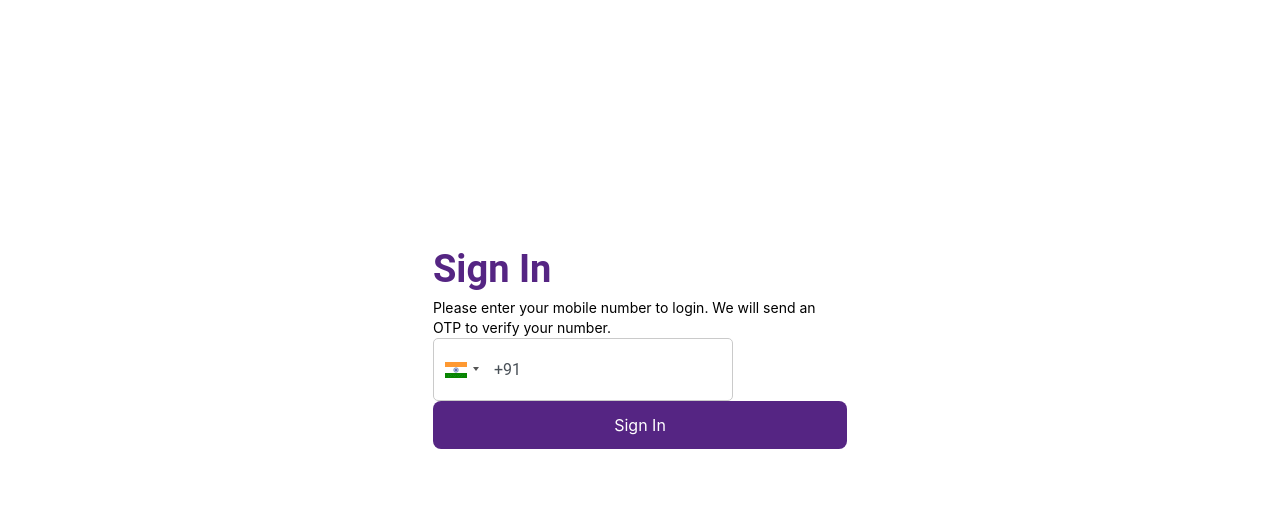
Repository: jayaprakash27/helloar-task
Page: /
These files come from the project's save history. The page is drawn as it stood at one moment and after the next save; the edit follows.
The browser window is 1280 px wide. The pictures show the whole page.
The project was rebuilt for these pictures with package versions that can differ from the ones it lists, and the page was loaded fresh each time.

Above is the page before, as saved 2023-10-26 23:26:47.

### src/App.js
import { Login } from "./components";

function App() {
  return (
    <>
    <Login />
    </>
  );
}

export default App;

### src/components/Login.jsx
import React, { useState } from "react";
import "./login.css";
import PhoneInput from "react-phone-input-2";
import "react-phone-input-2/lib/bootstrap.css";

function Login() {
  const [phoneNumber, setPhoneNumber] = useState("");

  const handleLogin = () => {
    const apiEndpoint = "https://dev.api.goongoonalo.com/v1/auth/login";
    const requestBody = {
      phoneNumber: phoneNumber,
    };

    fetch(apiEndpoint, {
      method: "POST",
      headers: {
        "Content-Type": "application/json",
      },
      body: JSON.stringify(requestBody),
    })
      .then((response) => {
        if (response.ok) {
          return response.json();
        } else {
          // Handle API errors here
          throw new Error("Failed to send OTP");
        }
      })
      .then((data) => {
        // Handle the API response data
        console.log("OTP sent successfully:", data);

        // You can add code here to navigate to the OTP verification page or perform the next step as needed.
      })
      .catch((error) => {
        // Handle any error that occurred during the API request
        console.error("Error sending OTP:", error);
      });
  };

  return (
    <div className="login-page">
      <div className=" login-box">
        <h1 className=" text-primary-color font-semibold"> Sign In</h1>
        <p className=" text-sm">
          Please enter your mobile number to login. We will send an OTP to
          verify your number.
        </p>
        <PhoneInput
          country={"in"}
          enableSearch={true}
          value={phoneNumber}
          containerClass=" w-full"
          onChange={(phoneNumber) => setPhoneNumber(phoneNumber)}
        />
        <button className=" w-full rounded-lg p-3 hover:bg-purple-600 bg-primary-color text-white"> Sign In </button>
      </div>
    </div>
  );
}

export default Login;

### src/components/login.css
.login-page{
    background-color: white;
    width: 100vw;
    height: 100vh;
    display: flex;
    justify-content: center;
    align-items: center;
}
.login-box {
  width: 414px;
  height: 238px;
  top: 384px;
  left: 513px;
}
.login-box h1 {
  font-family: Roboto;
  font-size: 38px;
}

### tailwind.config.js
/** @type {import('tailwindcss').Config} */
module.exports = {
  content: [
    "./src/**/*.{js,jsx,ts,tsx}",
  ],
  theme: {
    extend: {
      colors: {
        "primary-color": "#552583",
      }
    },
  },
  plugins: [],
}

Loaded but not shown: public/index.html (common file); src/index.js (common file); src/index.css (common file); src/components/index.js (common file)

After the next save:
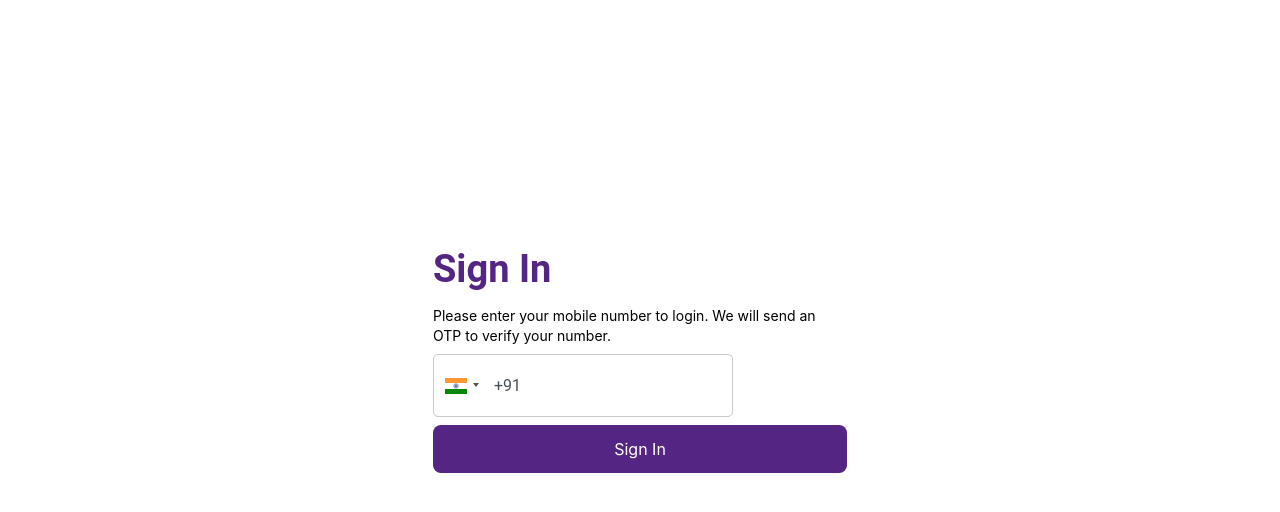
Saved 13 min 48 s later.
--- a/src/components/Login.jsx
+++ b/src/components/Login.jsx
@@ -41,7 +41,7 @@ function Login() {
 
   return (
     <div className="login-page">
-      <div className=" login-box">
+      <div className=" login-box flex flex-col gap-2">
         <h1 className=" text-primary-color font-semibold"> Sign In</h1>
         <p className=" text-sm">
           Please enter your mobile number to login. We will send an OTP to
@@ -54,7 +54,7 @@ function Login() {
           containerClass=" w-full"
           onChange={(phoneNumber) => setPhoneNumber(phoneNumber)}
         />
-        <button className=" w-full rounded-lg p-3 hover:bg-purple-600 bg-primary-color text-white"> Sign In </button>
+        <button className=" w-full rounded-lg p-3 hover:bg-purple-600  bg-primary-color text-white"> Sign In </button>
       </div>
     </div>
   );
